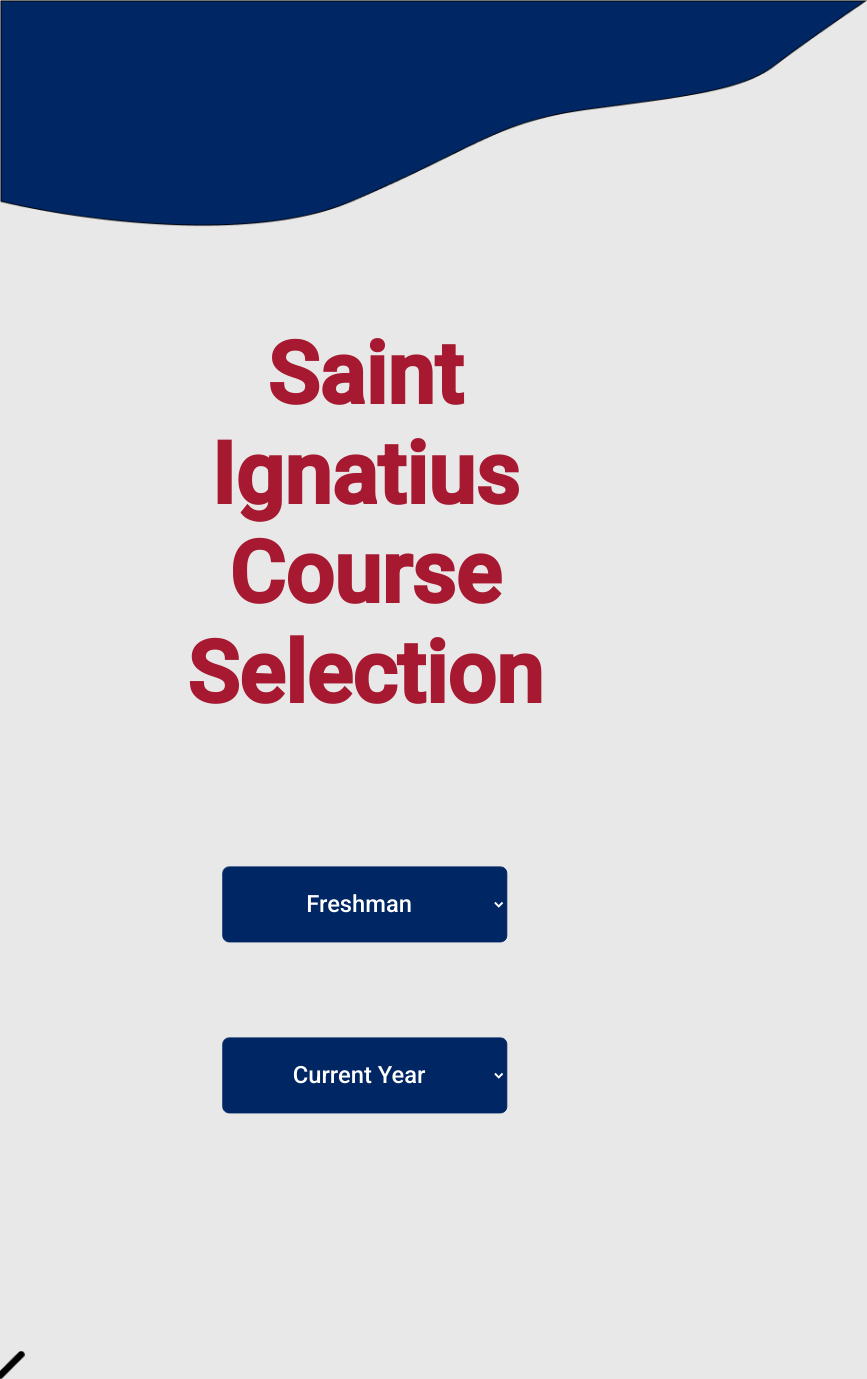
Repository: BuddyBob/si_course_selection
Page: /
The author's editor kept a copy of each file at every save. The page is drawn from the files as they stood at one save, then again after the next save.
The browser window is 768 px wide. The page is 913 px wide, so the pictures cover 913 px, including what lies to the right of the window. The pictures show the whole page, at 95% of full size.
The project was rebuilt for these pictures with package versions that can differ from the ones it lists, and the page was loaded fresh each time. Also part of the build but not shown: src/components/AllYears/YearOne.js, src/components/AllYears/YearTwo.js.

Above is the page before, as saved 2023-01-03 19:20:44.

### public/index.html
<!DOCTYPE html>
<html lang="en">
  <head>
    <meta charset="utf-8" />
    <link rel="icon" href="%PUBLIC_URL%/favicon.ico" />
    <meta name="viewport" content="width=device-width, initial-scale=1" />
    <meta name="theme-color" content="#000000" />
    <meta
      name="description"
      content="Web site created using create-react-app"
    />
    <link rel="apple-touch-icon" href="%PUBLIC_URL%/logo192.png" />
    <link rel="manifest" href="%PUBLIC_URL%/manifest.json" />

    <link rel="preconnect" href="https://fonts.googleapis.com">
    <link rel="preconnect" href="https://fonts.gstatic.com" crossorigin>
    <link href="https://fonts.googleapis.com/css2?family=Open+Sans:wght@300;400&family=Roboto:wght@500&display=swap" rel="stylesheet">
    <title>React App</title>
  </head>
  <body>
    <noscript>You need to enable JavaScript to run this app.</noscript>
    <div id="root"></div>

  </body>
</html>

### src/index.js
import App from './App';
import React from 'react';
import ReactDOM from 'react-dom';
import { HashRouter as Router } from 'react-router-dom';

ReactDOM.render(<Router>< App /></Router>, document.getElementById("root"));

### src/App.js
import './index.css'

import {
    Route,
    Routes,
} from "react-router-dom";

import Home from "./Home";
import YearOne from "./components/AllYears/YearOne";
import YearTwo from "./components/AllYears/YearTwo";

export default function App() {
    return (
          <Routes>
            <Route  exact path='/' element={<Home/>} />
            <Route  exact path='/yearOne' element={<YearOne/>} />
            <Route  exact path='/yearTwo' element={<YearTwo/>} />
          </Routes>
    );
  }

### src/index.css
:root {
  --background:#e8e8e8;
  --main:#002664;
  --secondary:#A61930;
  --highlight:#2D2D2D;
  --text:#2D2D2D;
}

*{
  padding: 0;
  margin: 0;
  box-sizing: border-box;
  cursor: default;
  font-family: 'Open Sans', sans-serif;
  font-family: 'Roboto', sans-serif;
}

body{
  background: var(--background);
  overflow-x: hidden;
}


.main-container{
/* center */
  display: flex;
  flex-direction: column;
  justify-content: center;
  align-items: center;
  width: 100%;
  height: 100%;
  margin: auto;
}

.sub-container{
  display: flex;
  flex-direction: row;
}

@media screen and (max-width: 900px) {
  .sub-container{
    flex-direction: column;
  }
  .title{
    font-size: 20px;
    width: 100%;
    text-align: center;
  }

}

.title{
  font-style: normal;
  font-size: 90px;
  color: var(--secondary);
  font-weight: 500px;
  /* center text to page; */
  margin: auto;
  width: 50%;
  text-align: center;
  position: relative;
  top: 100px;


}

select {
  border: #002664 1px solid;
  border-radius: 7px;
  background: #002664;
  width: 300px;
  height: 80px;/*Width of select dropdown to give space for arrow image*/
  color: #FFF;
  text-align: center;
  font-size: 25px;
  font-weight: 20px;
  margin: 50px;

}


.pg1dd{
  display: flex;
  flex-direction: column;
  justify-content: center;
  align-items: center;
  width: 100%;
  height: 100%;
  margin: auto;
  position: relative;
  top: 200px;

}



.arrow1{
  justify-content: center;
  align-items: center;
  position: relative;
  right: 50%;
  top:200px;
}


.arrow1:hover{
  animation: arrow1 1s infinite;
  color: var(--secondary);
  cursor: pointer;
}

.bounce {
  animation: bounce 3s infinite;
}

@keyframes bounce {
  0%, 20%, 50%, 80%, 100% {
      -moz-transform: translateY(0);
      -ms-transform: translateY(0);
      -webkit-transform: translateY(0);
      transform: translateY(0);
    }
    40% {
      -moz-transform: translateY(-10px);
      -ms-transform: translateY(-10px);
      -webkit-transform: translateY(-10px);
      transform: translateY(-10px);
    }
    40% {
      -moz-transform: translateY(-30px);
      -ms-transform: translateY(-30px);
      -webkit-transform: translateY(-30px);
      transform: translateY(-30px);
    }
    60% {
      -moz-transform: translateY(-15px);
      -ms-transform: translateY(-15px);
      -webkit-transform: translateY(-15px);
      transform: translateY(-15px);
    }
}

### src/Home.js
import React from 'react'
import arrow from './assets/Arrow 5.png'
import getLocalStorage from './getLocalStorage';
import { useNavigate } from "react-router-dom";
import vector1 from './assets/Vector 1.png'

function Home() {
  let navigate = useNavigate();
  function formSubmit(e){
    //set up local storage for grade and year inputs
    getLocalStorage()
    e.preventDefault();
    console.log("option changed")
    console.log(e.target.elements[0].value, e.target.elements[1].value)
    localStorage.setItem("grade", e.target.elements[0].value);
    localStorage.setItem("year", e.target.elements[1].value);
    navigate("/yearone");
  }
  return (
    <div>
      <input type="image" src={vector1} alt="vector" className="vector1" />
      <div className="main-container">
        <h1 className="title">Saint Ignatius Course Selection</h1>
        <form className="pg1dd" onSubmit={(e) => formSubmit(e)}>
            <div className="sub-container">
              <select className="grade">
                  <option>Freshman</option>
                  <option>Sophomore </option>
                  <option>Junior</option>
                  <option>Senior</option>
              </select>

              <select className="years">
                  <option>Current Year</option>
                  <option>All Years</option>
              </select>
            </div>
            <input type="image" src={arrow} alt="arrow1" className="arrow1 bounce" />
        </form>



      </div>
    </div>
  )
}

export default Home

### src/getLocalStorage.js
import React from 'react'

export default function getLocalStorage() {
    //create local storage containing variables for "grade" and "year"
    localStorage.setItem("grade", "None");
    localStorage.setItem("year", "None");

    let allYears = {
        "Freshman": {
            "Freshman":{"Math":"false", "English": "false"},
            "Sophomore":{"Math":"false", "English": "false"},
            "Junior":{"Math":"false", "English": "false"},
            "Senior":{"Math":"false", "English": "false"}
        }
    }
    localStorage.setItem("allYears", JSON.stringify(allYears));

}

### src/components/AllYears/allYears.css
:root {
    --background:#e8e8e8;
    --main:#002664;
    --secondary:#A61930;
    --highlight:#2D2D2D;
    --text:#2D2D2D;
  }
.titleCourseSelect{
    font-style: normal;
    font-size: 70px;
    font-weight: 400;
    color: var(--secondary);

    /* center text to page; */
    margin: auto;
    width: 30%;
    text-align: center;

    position: relative;
    top: 100px;


}

.headerCourseSelect{
    font-style: normal;
    font-size: 50px;
    font-weight: 400px;
    color: var(--highlight);


    position: absolute;
    top: 50%;
    right:72%;
    width:45%;
    /* flip vertically */
    transform: rotate(-90deg);
}
.courseSelect{
    position: relative;
    top: 200px;
    margin: auto;
    text-align: center;
}
.subject{
    color: var(--text);
    margin: auto;
    text-align: center;
    font-size: 50px;
    font-weight:200;
    padding-top: 20px;

  }

  .courses{
    position: relative;
    margin-bottom: 100px;
    margin-top:25px;

  }

.course_btn{
    border: #002664 0px solid;
    border-radius: 7px;
    background: #002664;
    width: 300px;
    height: 65px;/*Width of select dropdown to give space for arrow image*/
    color: #FFF;
    text-align: center;
    font-size: 20px;
    font-weight: 30px;
    margin: 25px;
}

.course_btn:hover{
    background: var(--secondary);
    color: #FFF;
    cursor: pointer;
}

.course_btn_selected{
  background: #A61930;
  color: #FFF;
  cursor: pointer;
}

.arrow2{
  justify-content: center;
  align-items: center;
  position: relative;
  top: 0px;
  right: 0%;
  margin-bottom:100px;
}


.arrow2:hover{
  animation: arrow1 1s infinite;
  color: var(--secondary);
  cursor: pointer;
}

.bounce2 {
  animation: bounce 3s infinite;
}

@keyframes bounce2 {
  0%, 20%, 50%, 80%, 100% {
      -moz-transform: translateY(0);
      -ms-transform: translateY(0);
      -webkit-transform: translateY(0);
      transform: translateY(0);
    }
    40% {
      -moz-transform: translateY(-10px);
      -ms-transform: translateY(-10px);
      -webkit-transform: translateY(-10px);
      transform: translateY(-10px);
    }
    40% {
      -moz-transform: translateY(-30px);
      -ms-transform: translateY(-30px);
      -webkit-transform: translateY(-30px);
      transform: translateY(-30px);
    }
    60% {
      -moz-transform: translateY(-15px);
      -ms-transform: translateY(-15px);
      -webkit-transform: translateY(-15px);
      transform: translateY(-15px);
    }
}

After the next save:
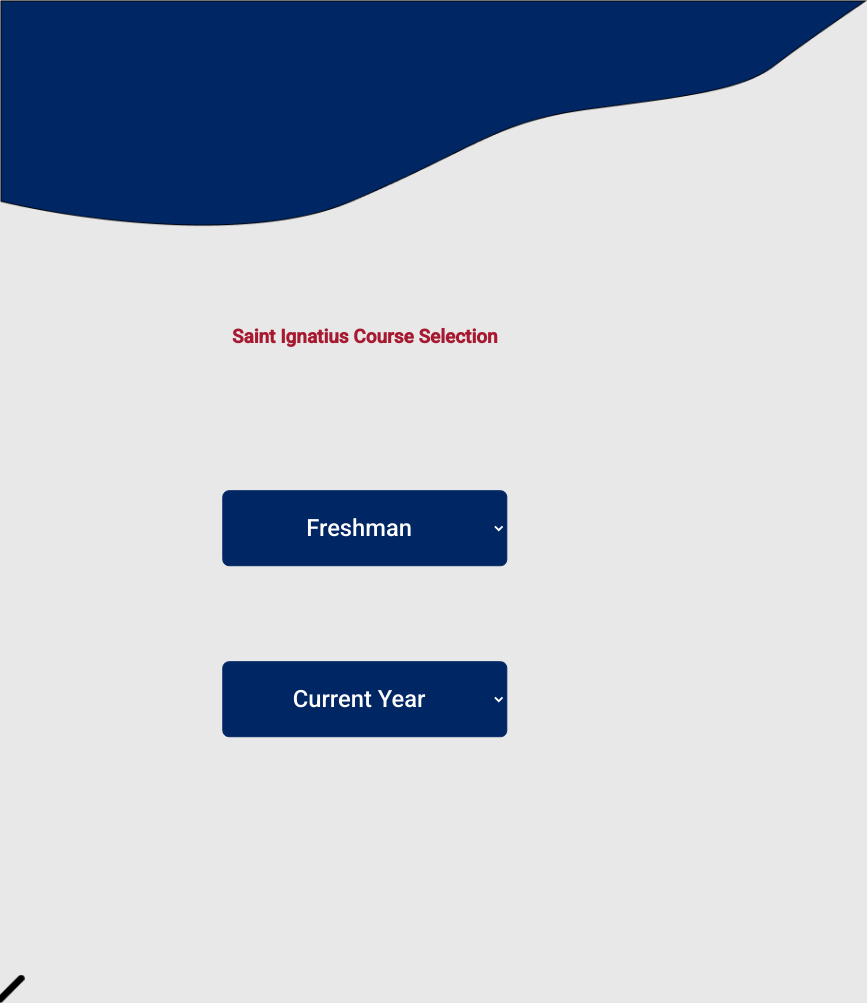
Saved 23 s later.
--- a/src/index.css
+++ b/src/index.css
@@ -37,17 +37,7 @@
   flex-direction: row;
 }
 
-@media screen and (max-width: 900px) {
-  .sub-container{
-    flex-direction: column;
-  }
-  .title{
-    font-size: 20px;
-    width: 100%;
-    text-align: center;
-  }
 
-}
 
 .title{
   font-style: normal;
@@ -61,6 +51,18 @@
   position: relative;
   top: 100px;
 
+
+}
+
+@media screen and (max-width: 1200px) {
+  .sub-container{
+    flex-direction: column;
+  }
+  .title{
+    font-size: 20px;
+    width: 100%;
+    text-align: center;
+  }
 
 }
 
